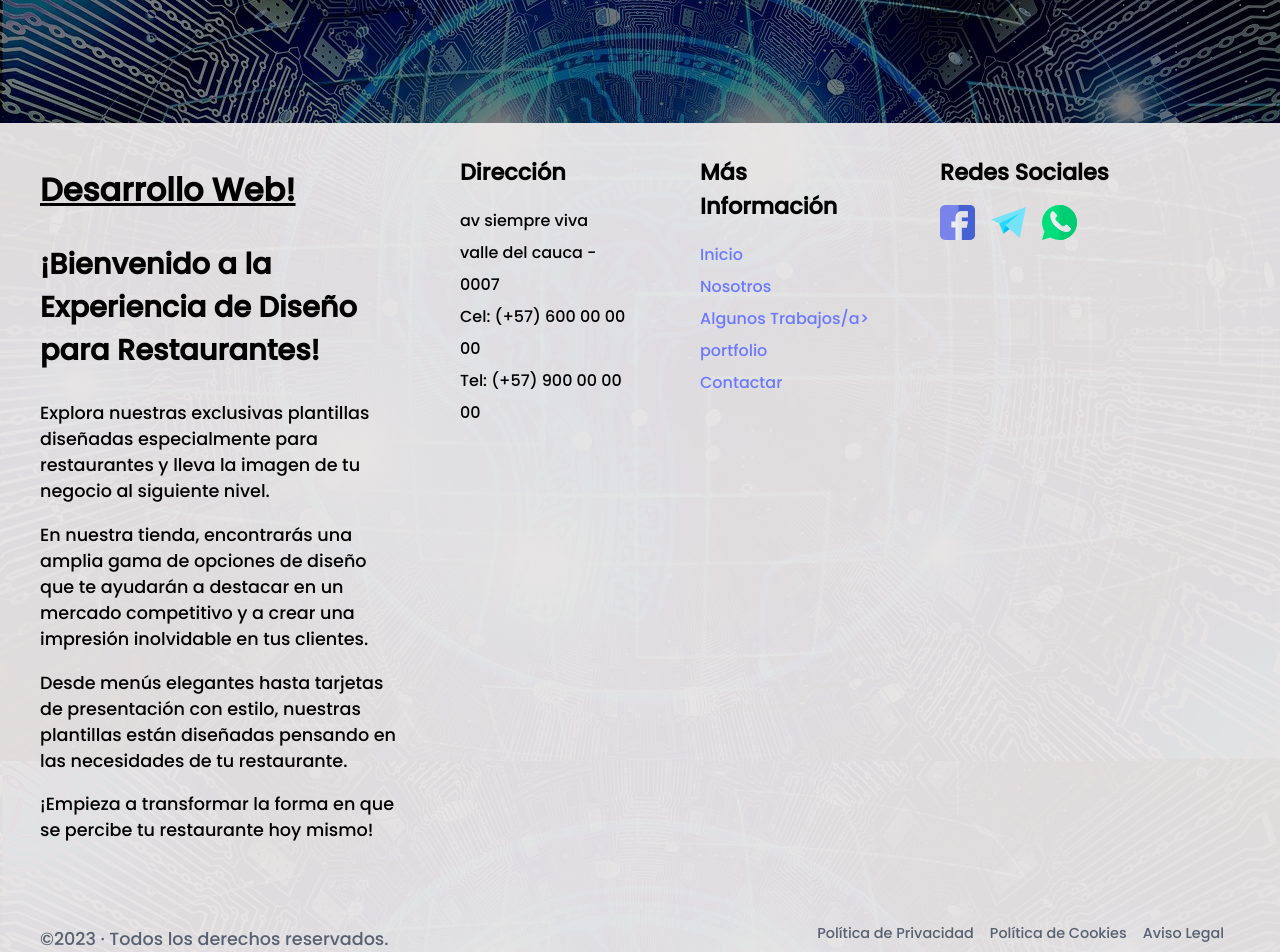
Repository: cega17/pagina-CegaWeb
Page: index.html
These files come from the project's save history. The page is drawn as it stood at one moment and after the next save; the edit follows.
The browser window is 1280 px wide. The pictures show the part of the page from y = 2651 to 3603 px (the page is 3621 px tall before and 3281 px after).
A picture or video elsewhere on the page could not be fetched, so the positions and the page height are approximate. Some web fonts or font styles are not loaded; a fallback is used.

Above is the page before, as saved 2023-10-06 20:56:20.

After the next save:
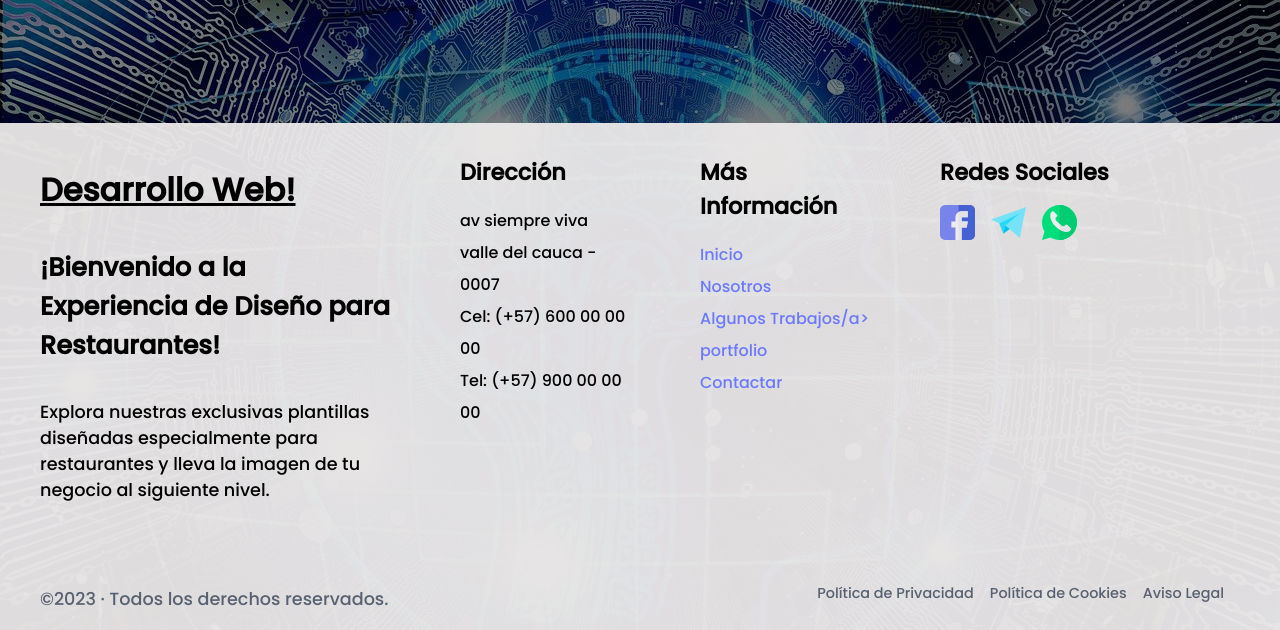
Saved 44 s later.
--- a/index.html
+++ b/index.html
@@ -199,11 +199,9 @@
       <div class="wrap-footer">
         <div class="text-element-footer element-footer">
           <h2 class="main-c" style="text-decoration: underline;">Desarrollo Web!</h2>
-          <h3>¡Bienvenido a la Experiencia de Diseño para Restaurantes!</h3>
+          <h4>¡Bienvenido a la Experiencia de Diseño para Restaurantes!</h4>
                 <p>Explora nuestras exclusivas plantillas diseñadas especialmente para restaurantes y lleva la imagen de tu negocio al siguiente nivel.</p>
-                <p>En nuestra tienda, encontrarás una amplia gama de opciones de diseño que te ayudarán a destacar en un mercado competitivo y a crear una impresión inolvidable en tus clientes.</p>
-                <p>Desde menús elegantes hasta tarjetas de presentación con estilo, nuestras plantillas están diseñadas pensando en las necesidades de tu restaurante.</p>
-                <p>¡Empieza a transformar la forma en que se percibe tu restaurante hoy mismo!</p>
+
         </div>
         <div class="text-element-footer element-footer">
           <h5>Dirección</h5>
